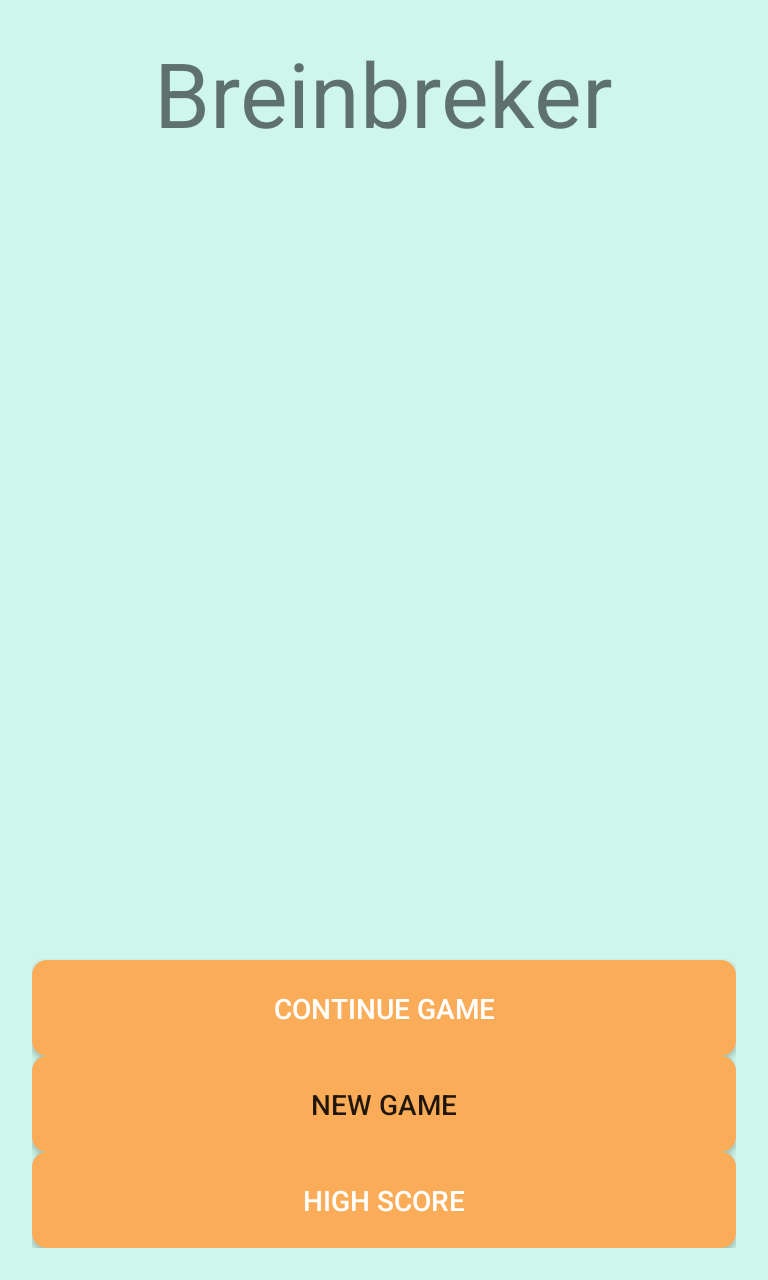
Repository: jelleswester/Breinbreker
Layout: Breinbreker/res/layout/activity_start_screen.xml
These files come from the project's save history. The layout is drawn as it stood at one moment and after the next save; the edit follows.
It is drawn on a 768 x 1280 px phone screen (xhdpi) without system bars, with theme AppTheme; the app's code is not run.

Above is the layout before, as saved 2015-01-22 20:44:50.

After the next save:
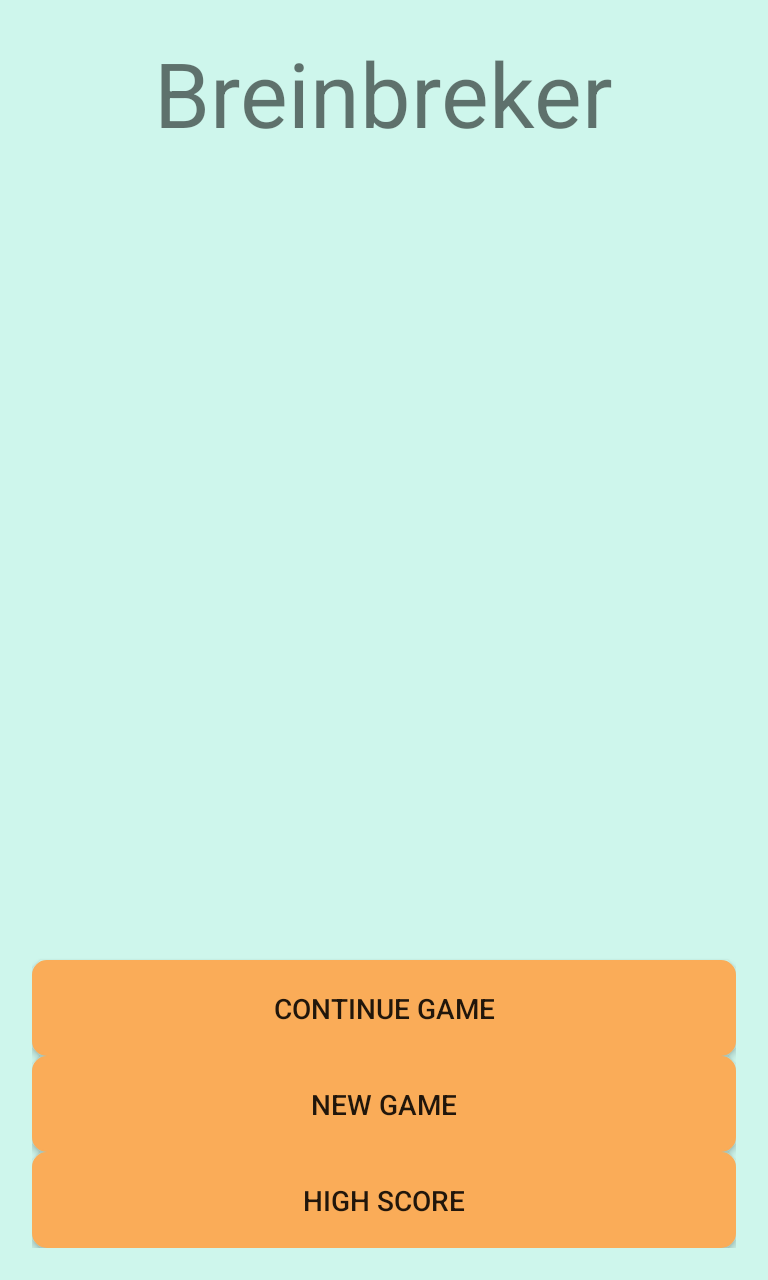
Saved 48 s later.
--- a/Breinbreker/res/layout/activity_start_screen.xml
+++ b/Breinbreker/res/layout/activity_start_screen.xml
@@ -26,7 +26,6 @@
         android:layout_centerHorizontal="true"
         android:onClick="highScoreButton"
         android:background="@drawable/button_shape"
-        android:textColor="@color/white"
         android:text="@string/high_score" />
 
     <Button
@@ -47,7 +46,6 @@
         android:layout_alignLeft="@+id/newGameButton"
         android:onClick="startButton"
         android:background="@drawable/button_shape"
-        android:textColor="@color/white"
         android:text="@string/continue_game" />
 
 </RelativeLayout>
